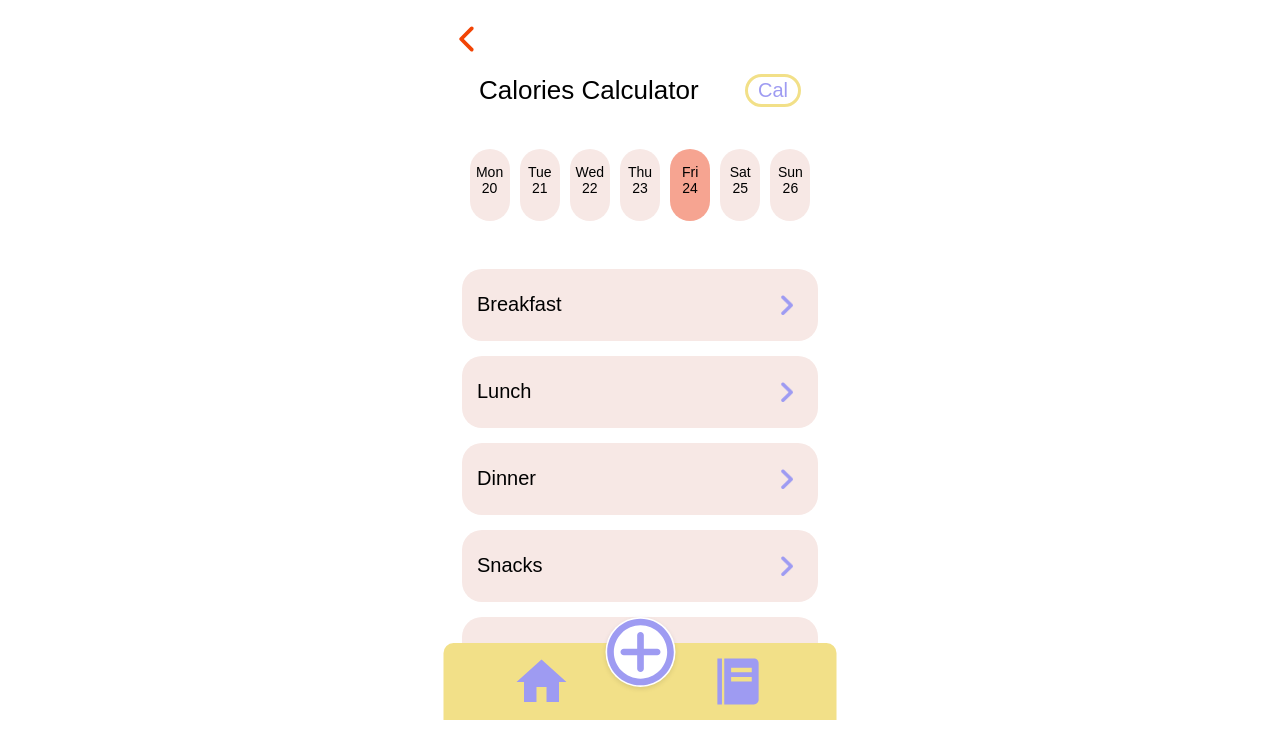
Repository: MeowCeline00/G5-Calorie-Tracker
Page: addPage/Add.html
An editor plug-in stored every save of this project. The page is shown before and after the next save, followed by the edit.
The browser window is 1280 px wide. The pictures show the whole page.

Above is the page before, as saved 2024-05-26 06:43:40.

After the next save:
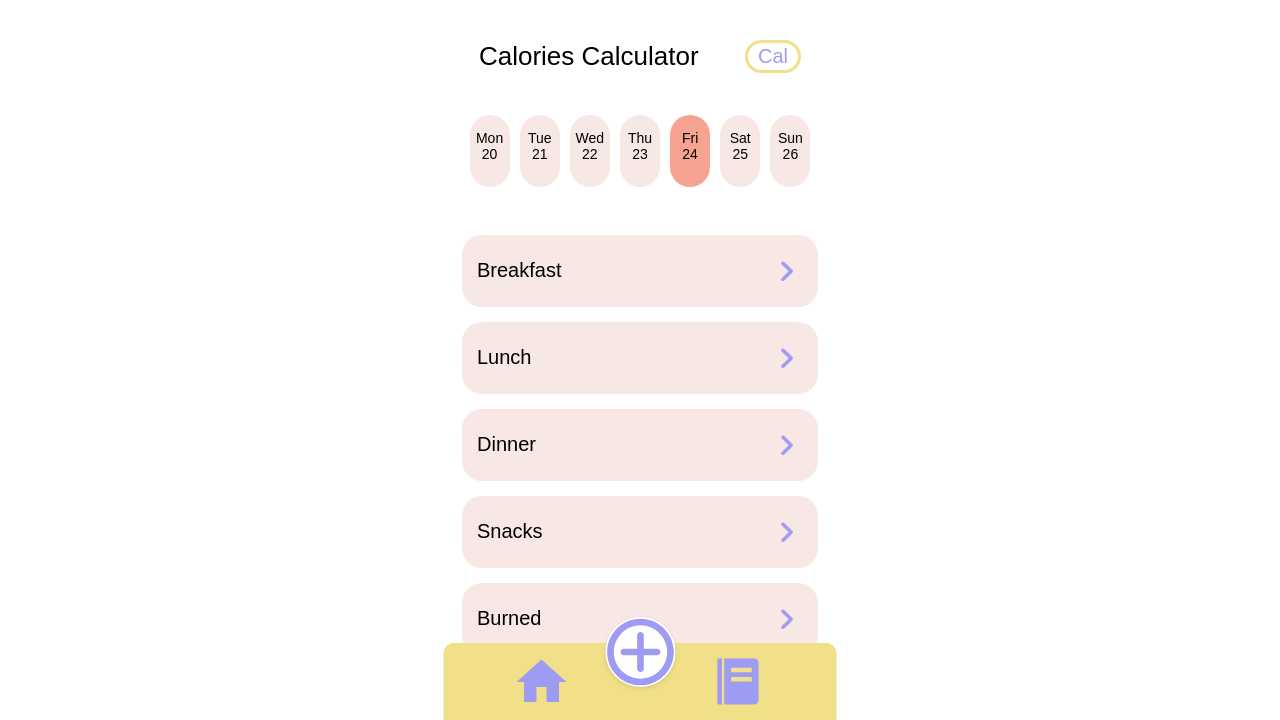
Saved 27 s later.
--- a/addPage/Add.html
+++ b/addPage/Add.html
@@ -9,7 +9,6 @@
 </head>
 <body>
   <div class="container">
-    <a href="/breakfastAddPage/index.html" ><img src="/images/prevButton.svg" ></a>
     <header class="header">
       <h1 class="title">Calories Calculator</h1>
       <button class="calButton">Cal</button>
